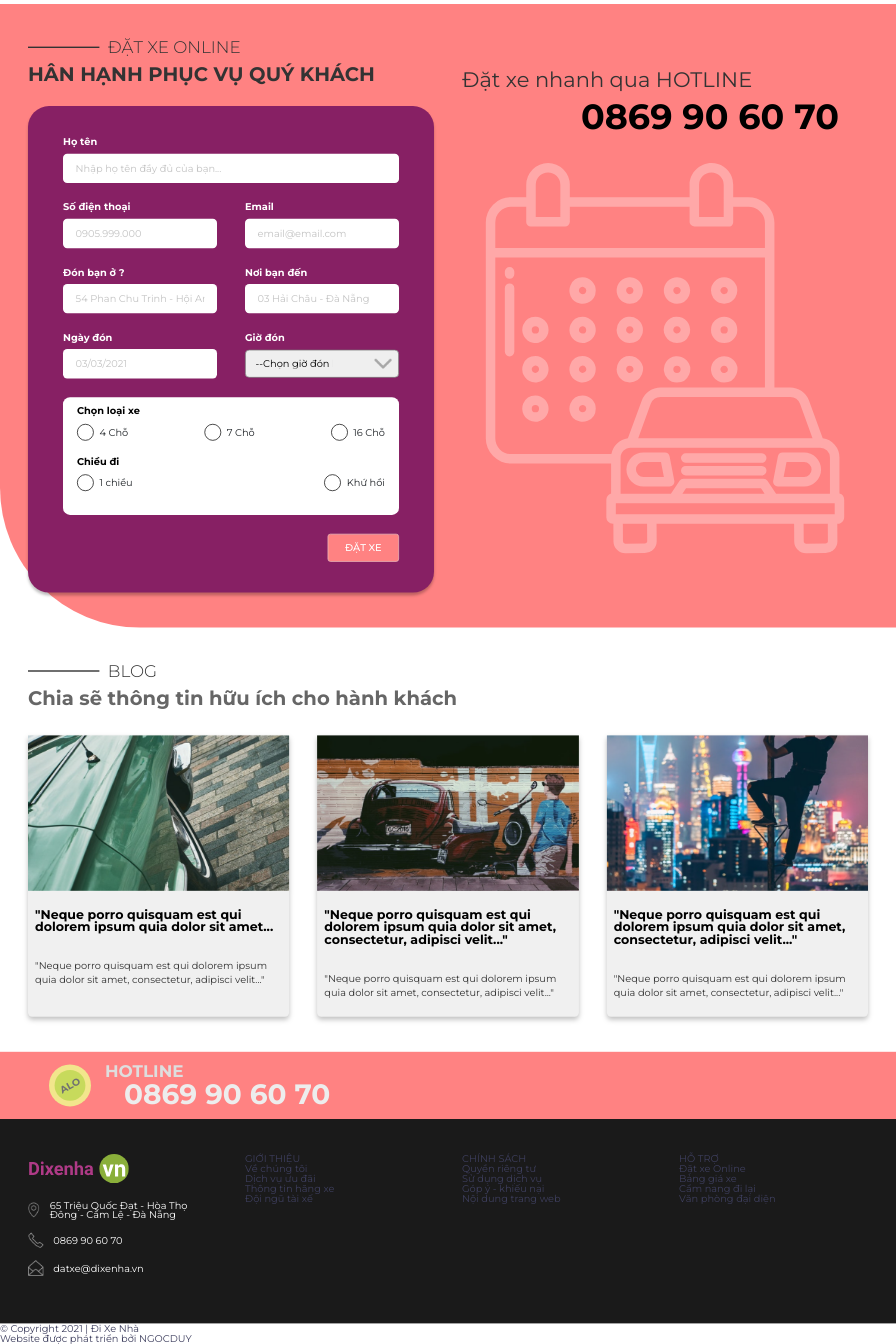
Repository: thanhthien0706/last_project--fe004
Page: lastProductF004/dist/index.html
These files come from the project's save history. The page is drawn as it stood at one moment and after the next save; the edit follows.
The browser window is 1280 px wide. The pictures show the part of the page from y = 1392 to 3312 px (the page is 3312 px tall), at 70% of full size.
Some web libraries are served in a nearby version. The style sheet was rebuilt from its Sass, Less or Tailwind sources for each picture, by a compiler version that may differ from the author's.

Above is the page before, as saved 2021-09-17 00:21:04.

After the next save:
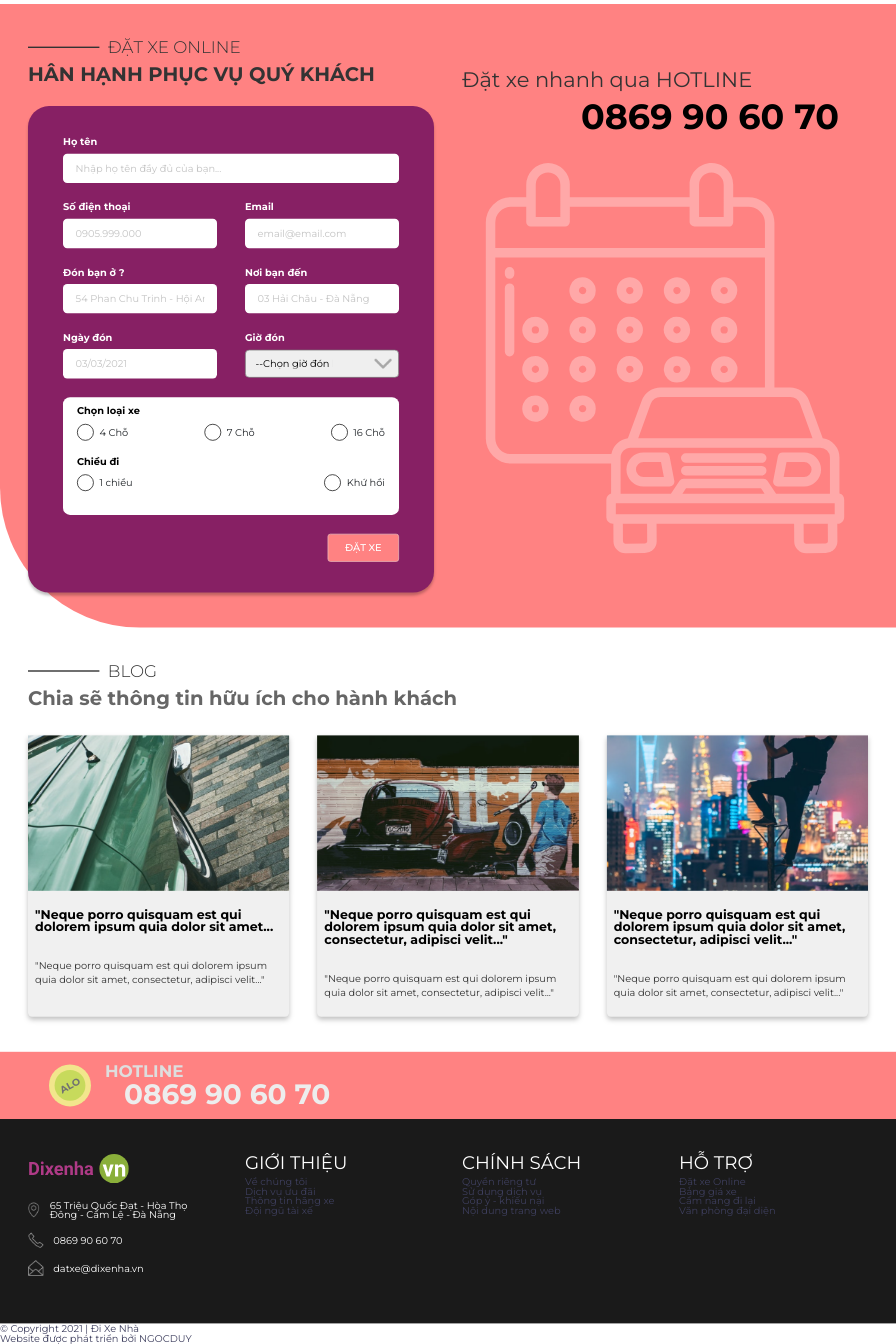
Saved 103 s later.
--- a/lastProductF004/src/styles/layout/_footer.scss
+++ b/lastProductF004/src/styles/layout/_footer.scss
@@ -37,7 +37,18 @@
             }
 
             .box_content_footer{
-
+                h2{
+                    @include font_size(26);
+                    color: #fff;
+                    padding-bottom: 6px;
+                    position: relative;
+                    &::before{
+                        content: " ";
+                        position: absolute;
+                        width: 100%;
+                        height: 1px;
+                    }
+                }
             }
         }
     }
